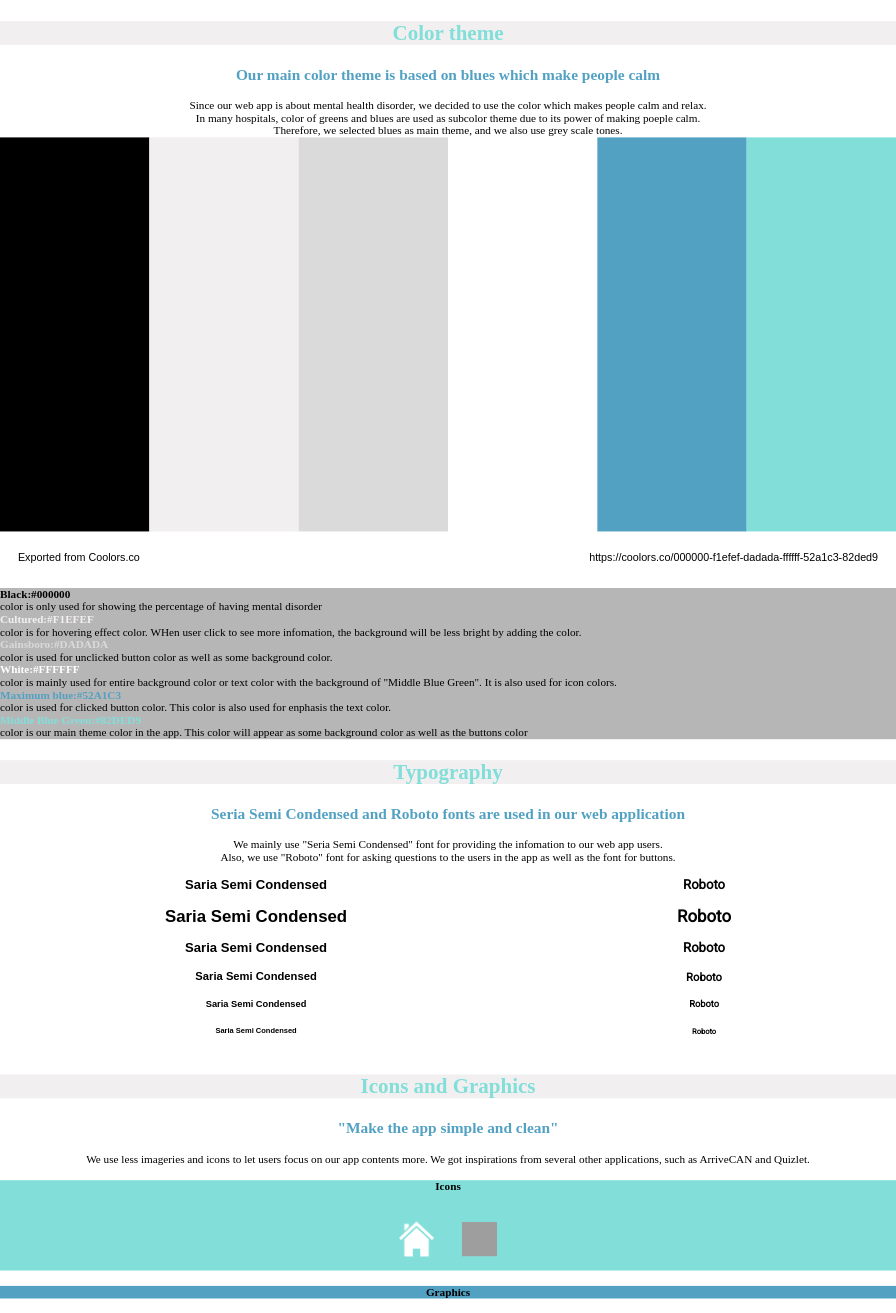
Repository: zzs1/style-guide
Page: style guide/Chisaki_styleGuide_part2/index.html
These files come from the project's save history. The page is drawn as it stood at one moment and after the next save; the edit follows.
The browser window is 1280 px wide. The pictures show the whole page, at 70% of full size.
Pictures or frames that could not be fetched are drawn as grey boxes. Some web fonts or font styles are not loaded; a fallback is used.

Above is the page before, as saved 2021-03-21 21:03:32.

### style guide/Chisaki_styleGuide_part2/index.html
<!DOCTYPE html>
<html lang="en">
<head>
  <meta charset="UTF-8">
  <meta name="viewport" content="width=device-width, initial-scale=1.0">
  <title>Style guide - Colour Palette & Typography, Imagery, Graphics -</title>
  <link href ="style.css" rel="stylesheet" />
  <link href="https://fonts.googleapis.com/css2?family=Saira+Semi+Condensed:wght@500&display=swap" rel="stylesheet">
  <link href="https://fonts.googleapis.com/css2?family=Roboto&display=swap" rel="stylesheet">
</head>
<body>
  <div id="main">
    <article>
      <!--Color theme section starts-->
      <section>
        <h1 class="title">Color theme</h1>
        <h3 class="subtitle">Our main color theme is based on blues which make people calm</h3>
        <p>
          Since our web app is about mental health disorder, we decided to use the color which makes people calm and relax.<br>
          In many hospitals, color of greens and blues are used as subcolor theme due to its power of making poeple calm.<br>
          Therefore, we selected blues as main theme, and we also use grey scale tones.
        </p>
        <div id="colorbox">
          <img src="palette.svg" alt="color pallette">
          <p style="background-color: rgb(183, 182, 182); text-align: left; display: flex; flex-direction: column;">
            <strong style="color:#000000;">Black:#000000</strong> color is only used for showing the percentage of having mental disorder<br>
            <strong style="color:#F1EFEF;">Cultured:#F1EFEF</strong> color is for hovering effect color. WHen user click to see more infomation, the background will be less bright by adding the color.<br>
            <strong style="color:#DADADA;">Gainsboro:#DADADA</strong> color is used for unclicked button color as well as some background color.<br>
            <strong style="color:#FFFFFF;">White:#FFFFFF</strong> color is mainly used for entire background color or text color with the background of "Middle Blue Green". It is also used for icon colors.<br>
            <strong style="color:#52A1C3;">Maximum blue:#52A1C3</strong> color is used for clicked button color. This color is also used for enphasis the text color.<br>
            <strong style="color:#82DED9;">Middle Blue Green:#82DED9</strong> color is our main theme color in the app. This color will appear as some background color as well as the buttons color<br>
          </p>
        </div>
      </section>

      <!--typography section starts-->
      <section id="typo">
        <h1 class="title">Typography</h1>
        <h3 class="subtitle">
          Seria Semi Condensed and Roboto fonts are used in our web application
        </h3>
        <p>
          We mainly use "Seria Semi Condensed" font for providing the infomation to our web app users.<br>
          Also, we use "Roboto" font for asking questions to the users in the app as well as the font for buttons.<br>
        </p>
        <div id="typobox">
          <div id="saria">
            <h1>Saria Semi Condensed</h1>
            <h2>Saria Semi Condensed</h2>
            <h3>Saria Semi Condensed</h3>
            <h4>Saria Semi Condensed</h4>
            <h5>Saria Semi Condensed</h5>
            <h6>Saria Semi Condensed</h6>
          </div>
          <div id="roboto">
            <h1>Roboto</h1>
            <h2>Roboto</h2>
            <h3>Roboto</h3>
            <h4>Roboto</h4>
            <h5>Roboto</h5>
            <h6>Roboto</h6>
          </div>
      </div>
      </section>

      <!--icon section starts-->
      <section>
        <h1 class="title">Icons and Graphics</h1>
        <h3 class="subtitle">
          "Make the app simple and clean"
        </h3>
        <p>
          We use less imageries and icons to let users focus on our app contents more. We got inspirations from several other applications, such as ArriveCAN and Quizlet.
        </p>
        <div id="iconbox">
          <h4 class="">Icons</h4>
          <div id="imgcontainer">
          <img src="home_white.png" alt="home icon" width="50px" height="50px" />
          <img src="back.svg" alt="back home arrow" width="50px" height="50px" />
        </div>
        </div>
        <div id="graphicbox">
          <h4>Graphics</h4>
        </div>
      </section>
  </article>
  </div>
</body>
</html>

### style guide/Chisaki_styleGuide_part2/style.css
body, html{
  margin:0;
  text-align:center;
}
p{
  margin:0;
}
.title{
  font-size:30px;
  color:#82DED9;
  background-color: #F1EFEF;
}
.subtitle{
  font-size:22px;
  color:#52A1C3;
}

#typobox{
  display:flex;

}
#saria {
  font-family: 'Saira Semi Condensed', sans-serif;
  flex-grow: 1;

}
#roboto {
  font-family: 'Roboto', sans-serif;
  flex-grow: 1;
}
#iconbox {
  background-color: #82DED9;
}

#imgcontainer {
  display:flex;
  justify-content: center;
}
#imgcontainer > img {
  margin:20px;
}
#graphicbox {
  background-color:#52A1C3;
}

After the next save:
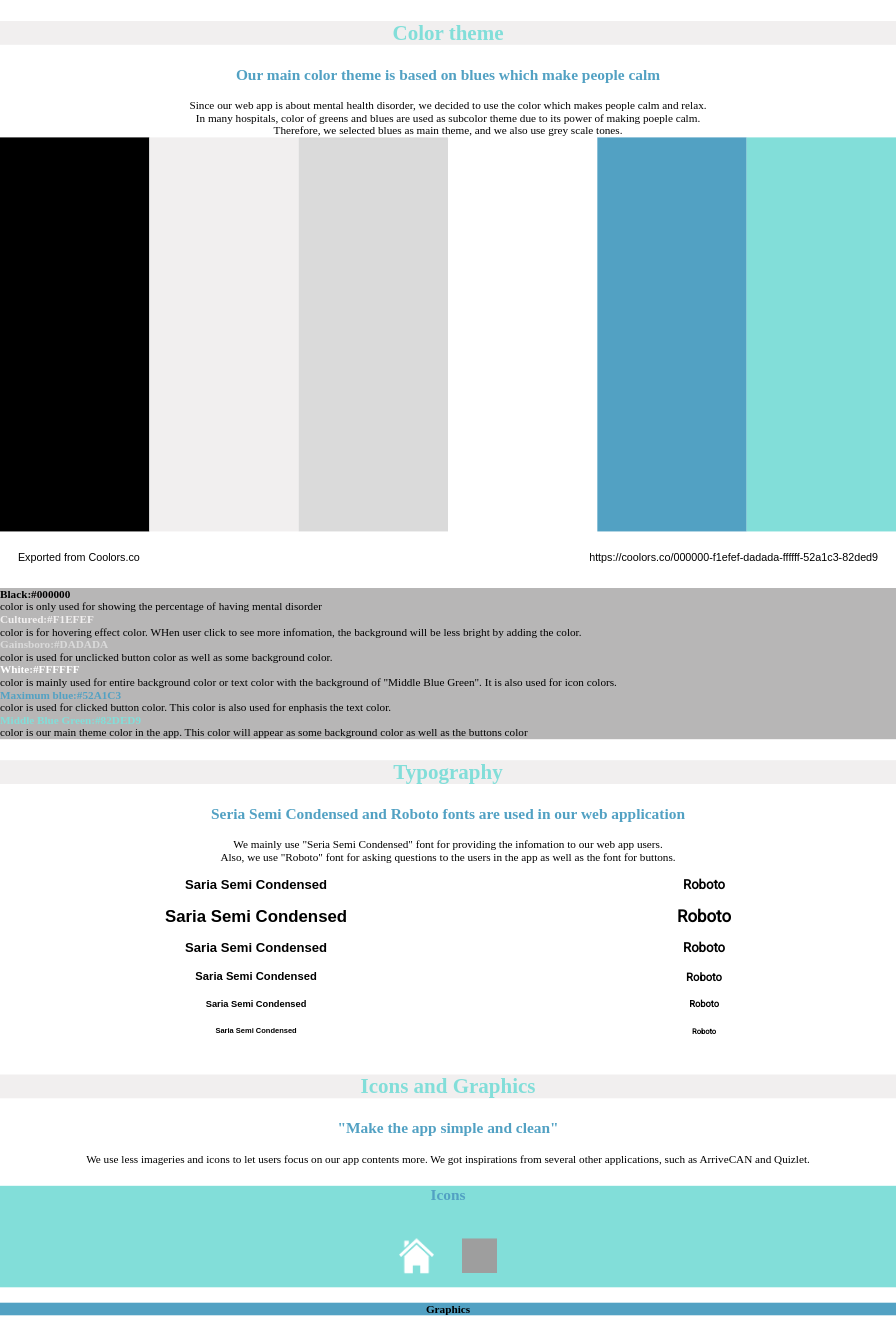
Saved 7 s later.
--- a/style guide/Chisaki_styleGuide_part2/index.html
+++ b/style guide/Chisaki_styleGuide_part2/index.html
@@ -73,7 +73,7 @@
           We use less imageries and icons to let users focus on our app contents more. We got inspirations from several other applications, such as ArriveCAN and Quizlet.
         </p>
         <div id="iconbox">
-          <h4 class="">Icons</h4>
+          <h4 class="subtitle">Icons</h4>
           <div id="imgcontainer">
           <img src="home_white.png" alt="home icon" width="50px" height="50px" />
           <img src="back.svg" alt="back home arrow" width="50px" height="50px" />
